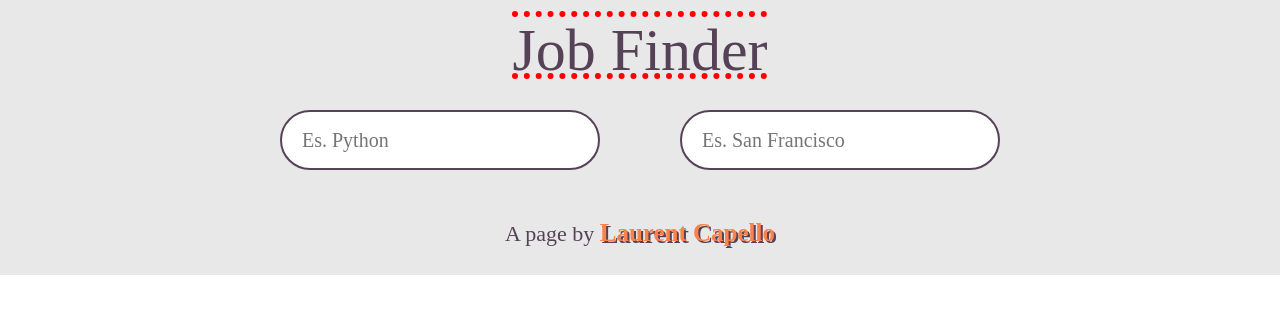
Repository: sokafootball/job-finder
Page: /
The author's editor kept a copy of each file at every save. The page is drawn from the files as they stood at one save, then again after the next save.
The browser window is 1280 px wide. The pictures show the whole page.
The page's requests for data from a server got no answer. The project was rebuilt for these pictures with package versions that can differ from the ones it lists, and the page was loaded fresh each time. No one was signed in, and anything a server would have sent is missing. Also part of the build but not shown: src/components/JobCard/JobCard.css, src/components/JobCard/JobCard.js.

Above is the page before, as saved 2020-10-23 14:45:41.

### src/index.js
import 'bootstrap/dist/css/bootstrap.css';
import React from 'react';
import ReactDOM from 'react-dom';
import './index.css';
import App from './components/App/App';
import * as serviceWorker from './serviceWorker';

ReactDOM.render(
  <React.StrictMode>
    <App />
  </React.StrictMode>,
  document.getElementById('root')
);

// If you want your app to work offline and load faster, you can change
// unregister() to register() below. Note this comes with some pitfalls.
// Learn more about service workers: https://bit.ly/CRA-PWA
serviceWorker.unregister();

### src/index.css
body {
  margin: 0;
  font-family: -apple-system, BlinkMacSystemFont, 'Segoe UI', 'Roboto', 'Oxygen',
    'Ubuntu', 'Cantarell', 'Fira Sans', 'Droid Sans', 'Helvetica Neue',
    sans-serif;
  -webkit-font-smoothing: antialiased;
  -moz-osx-font-smoothing: grayscale;
}

code {
  font-family: source-code-pro, Menlo, Monaco, Consolas, 'Courier New',
    monospace;
}

/* http://meyerweb.com/eric/tools/css/reset/
   v2.0 | 20110126
   License: none (public domain)
*/

html, body, div, span, applet, object, iframe,
h1, h2, h3, h4, h5, h6, p, blockquote, pre,
a, abbr, acronym, address, big, cite, code,
del, dfn, em, img, ins, kbd, q, s, samp,
small, strike, strong, sub, sup, tt, var,
b, u, i, center,
dl, dt, dd, ol, ul, li,
fieldset, form, label, legend,
table, caption, tbody, tfoot, thead, tr, th, td,
article, aside, canvas, details, embed,
figure, figcaption, footer, header, hgroup,
menu, nav, output, ruby, section, summary,
time, mark, audio, video {
	margin: 0;
	padding: 0;
	border: 0;
	font-size: 100%;
	font: inherit;
	vertical-align: baseline;
}
/* HTML5 display-role reset for older browsers */
article, aside, details, figcaption, figure,
footer, header, hgroup, menu, nav, section {
	display: block;
}
body {
	line-height: 1;
}
ol, ul {
	list-style: none;
}
blockquote, q {
	quotes: none;
}
blockquote:before, blockquote:after,
q:before, q:after {
	content: '';
	content: none;
}
table {
	border-collapse: collapse;
	border-spacing: 0;
}

### src/components/App/App.js
import React from 'react';
import './App.css';
import Footer from "../Footer/Footer"
import Header from "../Header/Header"
import MainContent from "../MainContent/MainContent"
import Background from "../../background.jpg"

function App() {


  const style ={
    backgroundColor: "hsl(206, 29%, 66%)"
  }

  return (
    <div id="main-div">
      <Header />
      <MainContent />
      <Footer />
    </div>
  );
}

export default App;

### src/components/App/App.css
:root{
  --background-color: #E8E8E8;
  --cards-bg-color: white;
  --font-color: #564256;
  --border-color: #564256;
  --job-title-color: #fc814a;
  --card-element-gap: 10px;
}

.App {
  text-align: center;
}

.App-logo {
  height: 40vmin;
  pointer-events: none;
}

@media (prefers-reduced-motion: no-preference) {
  .App-logo {
    animation: App-logo-spin infinite 20s linear;
  }
}

.App-header {
  min-height: 100vh;
  display: flex;
  flex-direction: column;
  align-items: center;
  justify-content: center;
  font-size: calc(10px + 2vmin);
  color: white;
}

.App-link {
  color: #61dafb;
}

@keyframes App-logo-spin {
  from {
    transform: rotate(0deg);
  }
  to {
    transform: rotate(360deg);
  }
}

#main-div{
  background-color: var(--background-color);
  align-items: center;
  display: flex;
  flex-direction: column;
  color: var(--font-color);
}

### src/components/Footer/Footer.js
import React from 'react';
import './Footer.css';

function Footer(){
  return (
    <p id="footer">A page by <span id="signature">Laurent Capello</span></p>
  )
}

export default Footer

### src/components/Header/Header.js
import React from 'react';
import './Header.css';

function Header(){
  return (
      <p id="title">Job Finder</p>
  )
}

export default Header

### src/components/MainContent/MainContent.js
import React, {useState, useEffect, useCallback} from 'react';
import _ from 'lodash';
import './MainContent.css';
import SearchForm from "../SearchForm/SearchForm"
import JobCard from "../JobCard/JobCard"

function MainContent(){
  const[jobCards, setJobCards] = useState([])
  const[data, setData] = useState([])
  const[userInput, setUserInput] = useState({
    description: "",
    location: "",
    fullTime: true
  })

  const handleFormChange = e => {
    const {name, value, type, checked} = e.target
    type === "checkbox"
      ? setUserInput({...userInput, [name]: checked})
      : setUserInput({...userInput,[name]: value})
  }

  const buildUrl = () => {
    let url = "https://jobs.github.com/positions.json?"
    url += userInput.description ? `&description=${userInput.description}` : ""
    url += userInput.location ? `&location=${userInput.location}` : ""
    url += userInput.fullTime ? `&full_time=${userInput.fullTime}` : ""
    return url
    }

  const getData = url => {
    fetch(url)
    .then(response => response.json())
    .then(data => setData(data))
  }

  const debouncedGetData = useCallback(_.debounce(getData, 1500,{leading: true}),[])

  useEffect(() => {
    const url = buildUrl()
    debouncedGetData(url)
  // eslint-disable-next-line react-hooks/exhaustive-deps
  }, [userInput])

  useEffect(() => {
    let cards = []
    if(data.length !== 0) {
      cards = data.map(job => {
        return <JobCard
          key={job.id}
          date={job.created_at}
          logo={job.company_logo}
          company={job.company}
          location={job.location}
          type={job.type}
          title={job.title}
          url={job.url}
          description={job.description}
        />
     })
    }
    setJobCards(cards)
  // eslint-disable-next-line react-hooks/exhaustive-deps
  }, [data])

    return (
      <div id="main">
        <SearchForm
          handleFormChange={handleFormChange}
          userInput={userInput}
        />
        {jobCards}
      </div>
    )
}

export default MainContent

### src/components/Footer/Footer.css
#footer{
  font-size: 22px;
  margin: 20px 0px 30px 0px;
}

#signature{
  color:var(--job-title-color);
  text-shadow: var(--border-color) 2px 2px;
  font-size: 25px;
  font-weight: 800;
}

### src/components/Header/Header.css
#title{
  font-size: 60px;
  margin-top: 20px;
  text-decoration: underline overline dotted red;
}

### src/components/MainContent/MainContent.css
#main{
  align-items: center;
  display: flex;
  flex-direction: column;
  justify-content: space-between;
}

### src/components/SearchForm/SearchForm.js
import React from 'react';
import './SearchForm.css';

function SearchForm(props){
  return (
    <div id="form-container">
        <input
          className="input-text"
          name="description"
          type="text"
          onChange={e => props.handleFormChange(e)}
          placeholder="Es. Python"
          value={props.userInput.description}
        />
        <input
          className="input-text"
          name="location"
          type="text"
          onChange={e => props.handleFormChange(e)}
          placeholder="Es. San Francisco"
          value={props.userInput.location}
        />
    </div>
  )
}

export default SearchForm

### src/components/SearchForm/SearchForm.css
input{
  cursor: pointer;
}

.input-text {
  background-color: var(--cards-bg-color);
  border: 2px solid var(--border-color);
  border-radius: 30px;
  color: var(--font-color);
  font-size: 20px;
  height: 60px;
  outline: none;
  padding: 0px 20px;
  width: 40%;
}

#form-container{
  display: flex;
  justify-content: space-around;
  margin: 30px;
  width: 800px;
}

Loaded but not shown: public/index.html (common file); src/serviceWorker.js (common file)

After the next save:
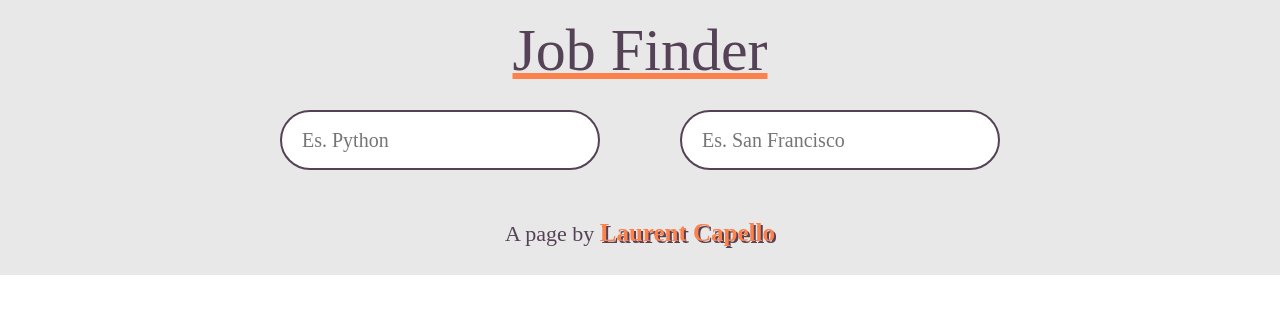
Saved 17 s later.
--- a/src/components/Header/Header.css
+++ b/src/components/Header/Header.css
@@ -1,5 +1,5 @@
 #title{
   font-size: 60px;
   margin-top: 20px;
-  text-decoration: underline overline dotted red;
+  text-decoration: underline var(--job-title-color);
 }
